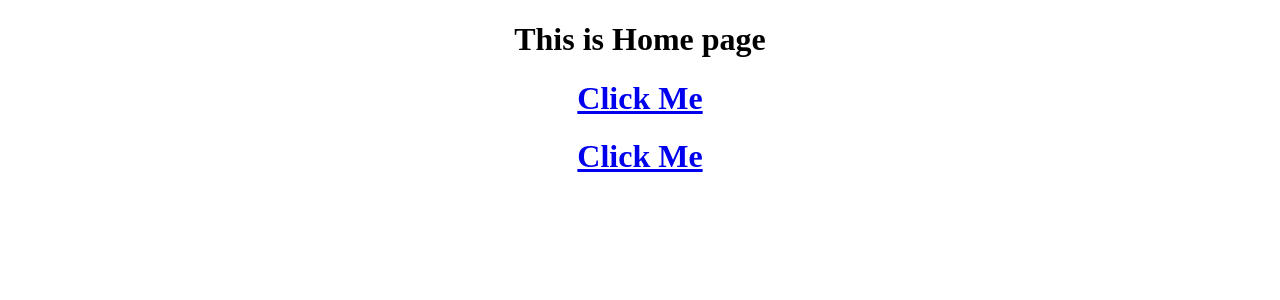
Repository: Hashim-Ansari-82/Servlet-And-JSP
Page: 2nd-Servlet-Demo/src/main/webapp/index.html
These files come from the project's save history. The page is drawn as it stood at one moment and after the next save; the edit follows.
The browser window is 1280 px wide. The pictures show the whole page.

Above is the page before, as saved 2026-06-03 17:56:11.

After the next save:
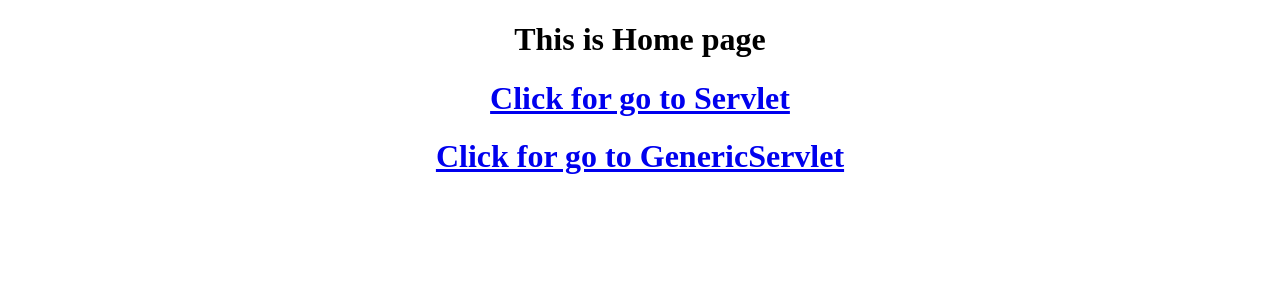
Saved 38 s later.
--- a/2nd-Servlet-Demo/src/main/webapp/index.html
+++ b/2nd-Servlet-Demo/src/main/webapp/index.html
@@ -8,10 +8,10 @@
 <div style="text-align:center">
 <h1>This is Home page</h1>
 <h1>
-<a href="first">Click Me</a>
+<a href="first">Click for go to Servlet</a>
 </h1>
 <h1>
-<a href="second">Click Me</a>
+<a href="second">Click for go to GenericServlet</a>
 </h1>
 </div>
 </body>
